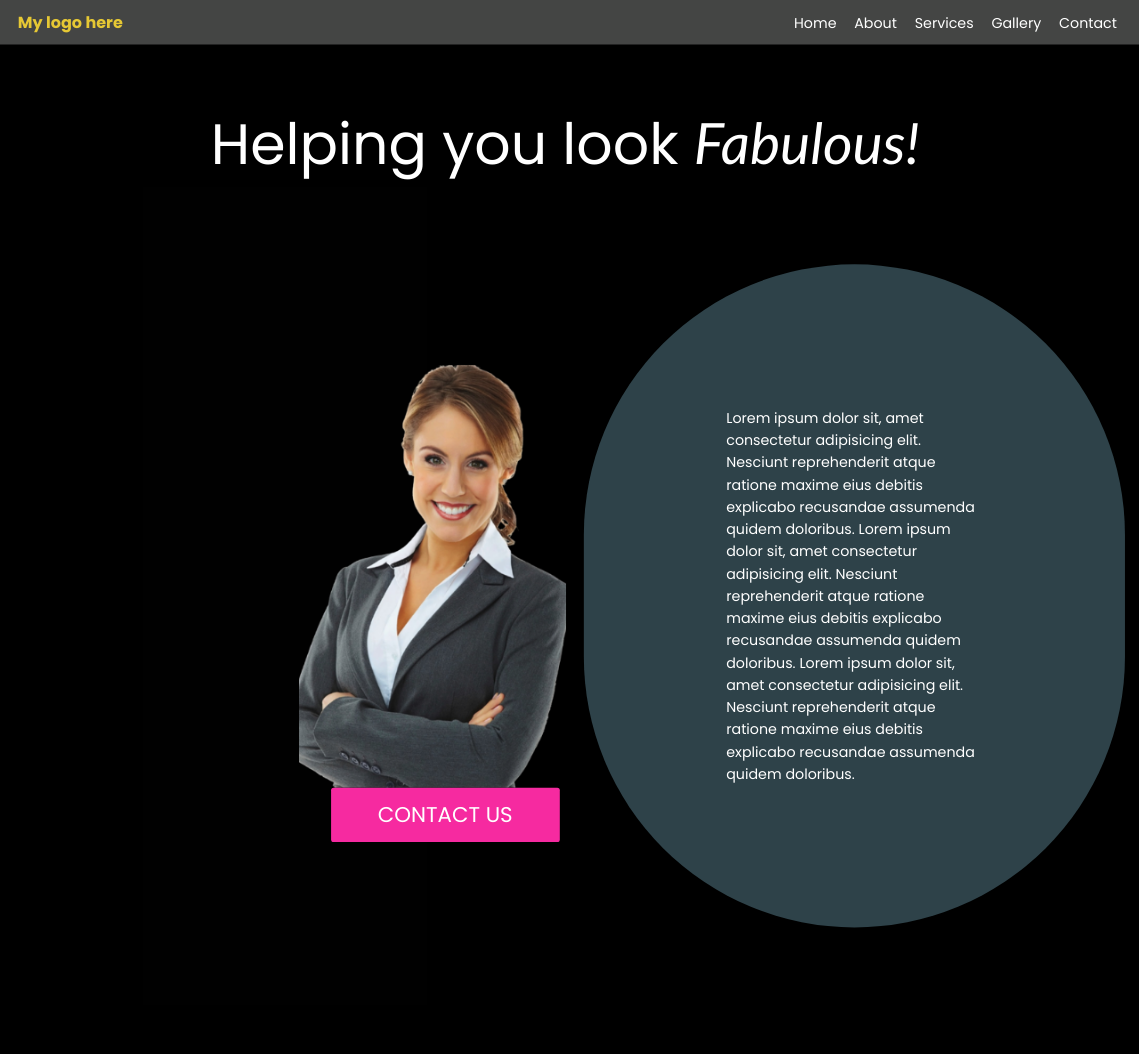
Repository: buzzedison/gardens
Page: index.html
These files come from the project's save history. The page is drawn as it stood at one moment and after the next save; the edit follows.
The browser window is 1280 px wide. The pictures show the whole page, at 89% of full size.

Above is the page before, as saved 2022-01-13 04:31:43.

After the next save:
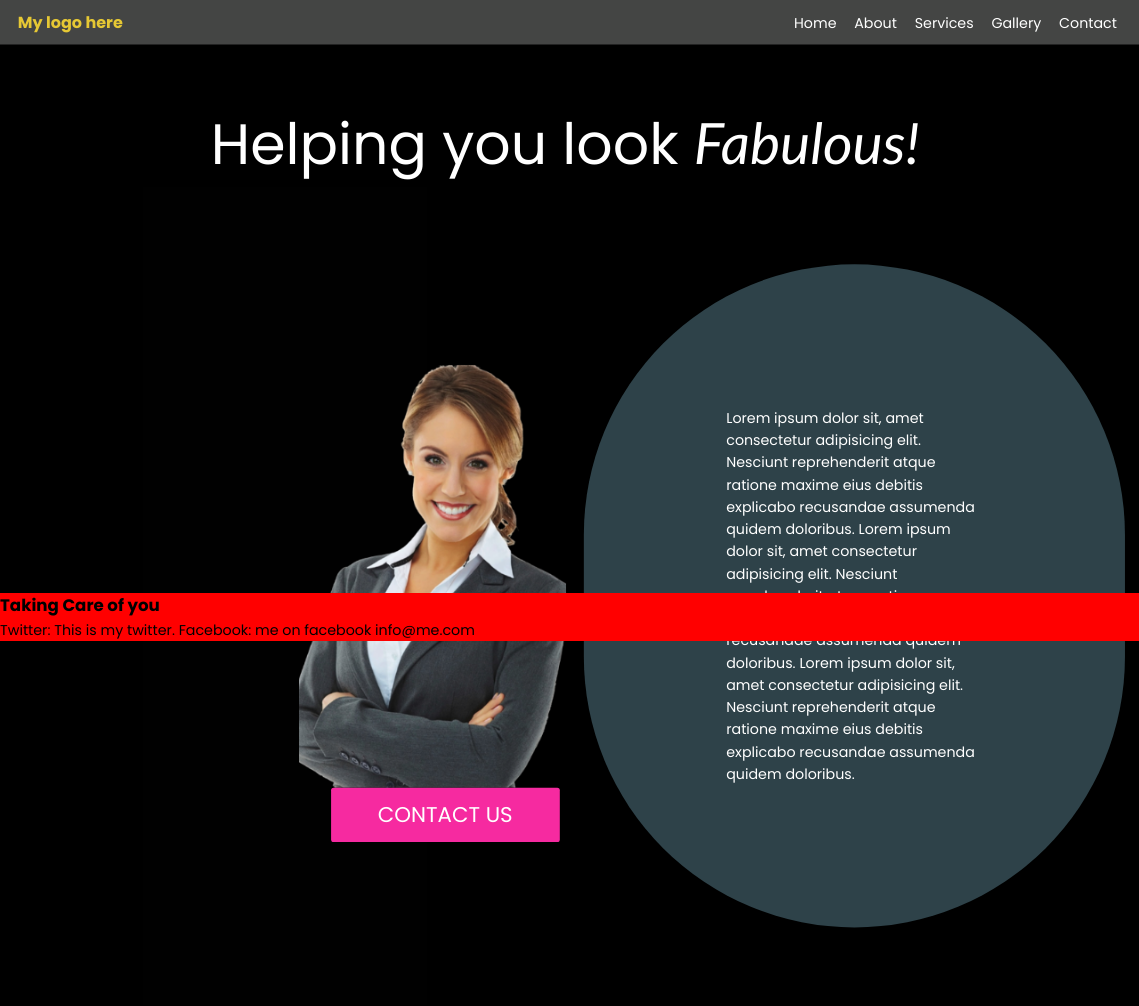
Saved 21 s later.
--- a/index.html
+++ b/index.html
@@ -69,7 +69,7 @@
 
         </main>
 
-        <footer>
+        <footer class="footer">
             <div class="gridnew">
                 <div>
                     <h3> Taking Care of <span class="you">you</span> </h3>
